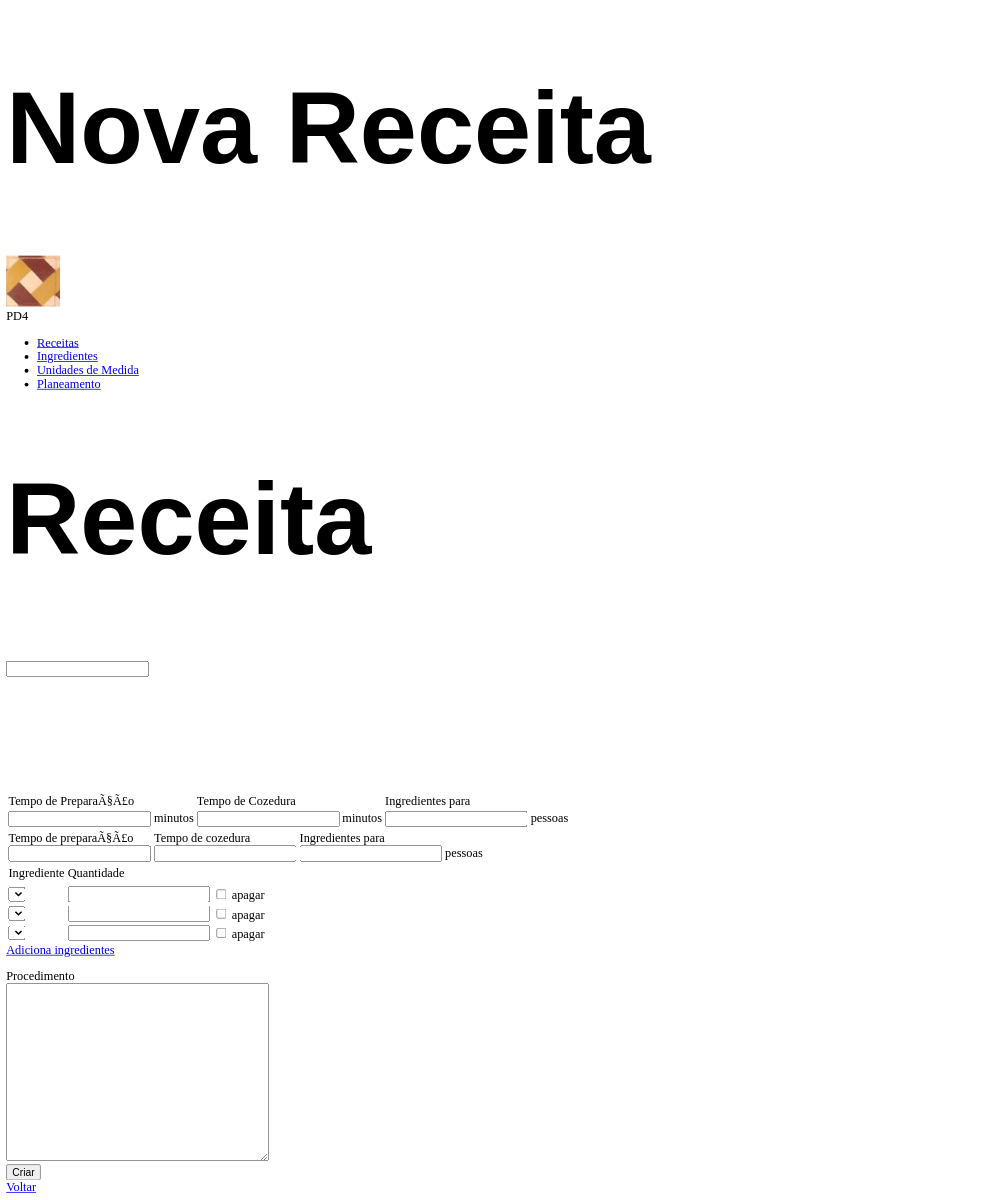
Repository: jsvalgonc/PD4
Page: tmp/capybara/capybara-20150607212749543673643.html
The author's editor kept a record of every edit. The page is drawn from the files as they stood at one moment, then again after the next edit.
The browser window is 1280 px wide. The pictures show the whole page, at 77% of full size.

Above is the page before.

### tmp/capybara/capybara-20150607212749543673643.html
<!DOCTYPE html>
<html>
<head>
  <title>Workspace</title>
  <link data-turbolinks-track="true" href="/assets/application.css" media="all" rel="stylesheet" />
  <script data-turbolinks-track="true" src="/assets/application.js"></script>

</head>
<body>

<h1>Nova Receita</h1>


<form accept-charset="UTF-8" action="/recipes" class="new_recipe" id="new_recipe" method="post"><div style="margin:0;padding:0;display:inline"><input name="utf8" type="hidden" value="&#x2713;" /></div>
  <div id="page">
  <div id="page2">
  <div id="header">
    <img alt="Logo" class="logo" src="/assets/logo.jpg" />
    <div id="header-title">PD4</div>
  </div>
  <ul id="nav">
    <li><a href="/recipes">Receitas</a></li>
    <li><a href="/recipes">Ingredientes</a></li>
    <li><a href="/recipes">Unidades de Medida</a></li>
    <li><a href="/recipes">Planeamento</a></li>
  </ul>
  <h1>
    <div id="h1-receita">Receita</div>
    <div id="h1-titulo" class="field">
    <input id="recipe_title" name="recipe[title]" type="text" /></div>
  </h1>
  <p></p>
  <br>
  <br>


  <div id="content">
    <div id="content-serves">
      <table id="table-serves">
        <tr>
          <td>
            Tempo de Preparação
          </td>
          <td>
            Tempo de Cozedura
          </td>
          <td>
            Ingredientes para
          </td>
        </tr>
        <tr>
          <td><input id="recipe_preparationTime" name="recipe[preparationTime]" type="text" /> minutos</td>
          <td><input id="recipe_cookingTime" name="recipe[cookingTime]" type="text" /> minutos</td>
          <td><input id="recipe_serves" name="recipe[serves]" type="text" /> pessoas</td>
        </tr>
      </table>
    </div>
</div>



  <table>
  <tr>
    <td>
  <div class="field">
    <label for="recipe_Tempo de Preparação">Tempo de preparação</label><br>
    <input id="recipe_preparationTime" name="recipe[preparationTime]" type="text" />
  </div>
    </td>
    <td>
   <div class="field">
    <label for="recipe_Tempo de Cozedura">Tempo de cozedura</label><br>
    <input id="recipe_cookingTime" name="recipe[cookingTime]" type="text" />
  </div>
    </td>
    <td>
   <div class="field">
    <label for="recipe_Ingredientes para ">Ingredientes para </label><br>
    <input id="recipe_serves" name="recipe[serves]" type="text" />
    pessoas
  </div>
    </td>
  </tr>
</table>
<table>
<tr><td>Ingrediente</td><td>Quantidade</td></tr><td> </td>

    <tr><td>
  <div class="field">
    <select id="recipe_recipe_ingredients_attributes_0_ingredient_id" name="recipe[recipe_ingredients_attributes][0][ingredient_id]"></select>
  </div>
</td>
<td>
  <input id="recipe_recipe_ingredients_attributes_0_amout" name="recipe[recipe_ingredients_attributes][0][amout]" type="text" />
</td>
<td>
<input name="recipe[recipe_ingredients_attributes][0][_destroy]" type="hidden" value="0" /><input id="recipe_recipe_ingredients_attributes_0__destroy" name="recipe[recipe_ingredients_attributes][0][_destroy]" type="checkbox" value="1" />
  apagar
</td>
</tr>





    <tr><td>
  <div class="field">
    <select id="recipe_recipe_ingredients_attributes_1_ingredient_id" name="recipe[recipe_ingredients_attributes][1][ingredient_id]"></select>
  </div>
</td>
<td>
  <input id="recipe_recipe_ingredients_attributes_1_amout" name="recipe[recipe_ingredients_attributes][1][amout]" type="text" />
</td>
<td>
<input name="recipe[recipe_ingredients_attributes][1][_destroy]" type="hidden" value="0" /><input id="recipe_recipe_ingredients_attributes_1__destroy" name="recipe[recipe_ingredients_attributes][1][_destroy]" type="checkbox" value="1" />
  apagar
</td>
</tr>





    <tr><td>
  <div class="field">
    <select id="recipe_recipe_ingredients_attributes_2_ingredient_id" name="recipe[recipe_ingredients_attributes][2][ingredient_id]"></select>
  </div>
</td>
<td>
  <input id="recipe_recipe_ingredients_attributes_2_amout" name="recipe[recipe_ingredients_attributes][2][amout]" type="text" />
</td>
<td>
<input name="recipe[recipe_ingredients_attributes][2][_destroy]" type="hidden" value="0" /><input id="recipe_recipe_ingredients_attributes_2__destroy" name="recipe[recipe_ingredients_attributes][2][_destroy]" type="checkbox" value="1" />
  apagar
</td>
</tr>




</table>

<div class="fields">
<a association="recipe_ingredients" fields="{&lt;tr&gt;&lt;td&gt;
  &lt;div class=&quot;field&quot;&gt;
    &lt;select id=&quot;recipe_recipe_ingredients_attributes_new_recipe_ingredients_ingredient_id&quot; name=&quot;recipe[recipe_ingredients_attributes][new_recipe_ingredients][ingredient_id]&quot;&gt;&lt;/select&gt;
  &lt;/div&gt;
&lt;/td&gt;
&lt;td&gt;
  &lt;input id=&quot;recipe_recipe_ingredients_attributes_new_recipe_ingredients_amout&quot; name=&quot;recipe[recipe_ingredients_attributes][new_recipe_ingredients][amout]&quot; type=&quot;text&quot; /&gt;
&lt;/td&gt;
&lt;td&gt;
&lt;input name=&quot;recipe[recipe_ingredients_attributes][new_recipe_ingredients][_destroy]&quot; type=&quot;hidden&quot; value=&quot;0&quot; /&gt;&lt;input id=&quot;recipe_recipe_ingredients_attributes_new_recipe_ingredients__destroy&quot; name=&quot;recipe[recipe_ingredients_attributes][new_recipe_ingredients][_destroy]&quot; type=&quot;checkbox&quot; value=&quot;1&quot; /&gt;
  apagar
&lt;/td&gt;
&lt;/tr&gt;



}" href="javascript:void();" id="add_fields2" link="this">Adiciona ingredientes</a></p>
</div>

<div class="field">
    <label for="recipe_Procedimento">Procedimento</label><br>
    <textarea cols="40" id="recipe_procedure" name="recipe[procedure]" rows="15">
</textarea>
  </div>
  <div class="actions">
    <input name="commit" type="submit" value="Criar" />
  </div>
  </div>
  </div>

</form>

<a href="/recipes">Voltar</a>


</body>
</html>

### app/assets/stylesheets/application.css
/*
 * This is a manifest file that'll be compiled into application.css, which will include all the files
 * listed below.
 *
 * Any CSS and SCSS file within this directory, lib/assets/stylesheets, vendor/assets/stylesheets,
 * or vendor/assets/stylesheets of plugins, if any, can be referenced here using a relative path.
 *
 * You're free to add application-wide styles to this file and they'll appear at the top of the
 * compiled file, but it's generally better to create a new file per style scope.
 *
 *= require_self
 *= require_tree .
 */
h1 {
 font-family: 'Open Sans Condensedç', sans-serif;
 font-size: 100pt;
}
h2 {
 font-family: 'Open Sans Condensedç', sans-serif;
 font-size: 100pt;
}

Loaded but not shown: app/assets/javascripts/application.js (common file)

After the next edit:
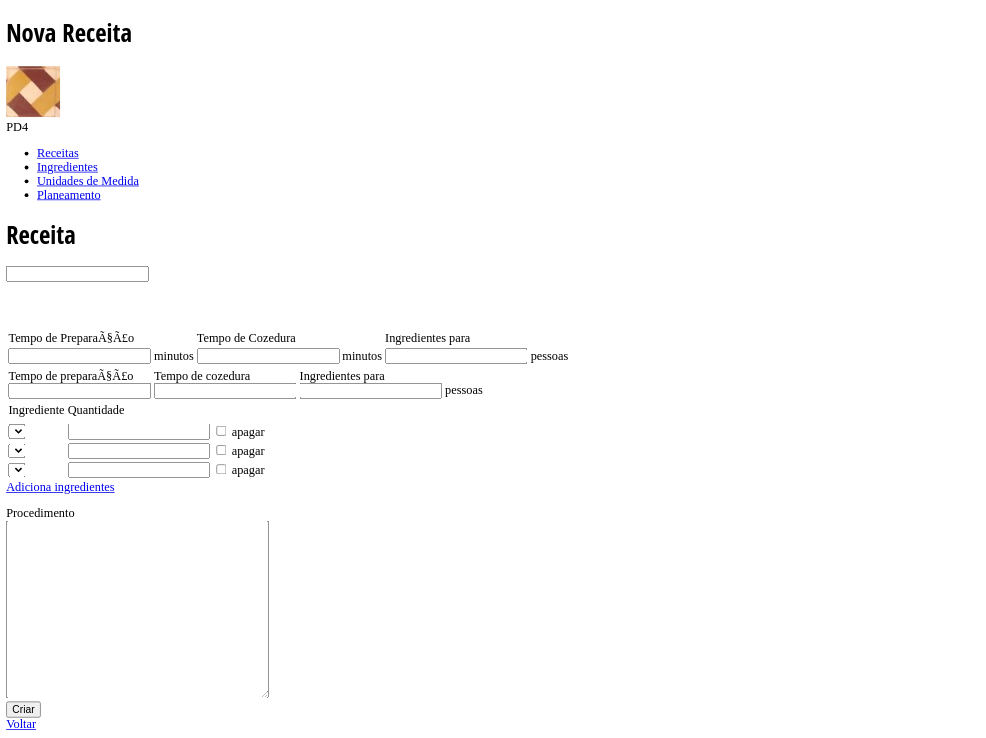
The edit:
--- a/app/assets/stylesheets/application.css
+++ b/app/assets/stylesheets/application.css
@@ -12,8 +12,7 @@
  *= require_tree .
  */
 h1 {
- font-family: 'Open Sans Condensedç', sans-serif;
- font-size: 100pt;
+ font-family: 'Open Sans Condensed', sans-serif;
 }
 h2 {
  font-family: 'Open Sans Condensedç', sans-serif;
